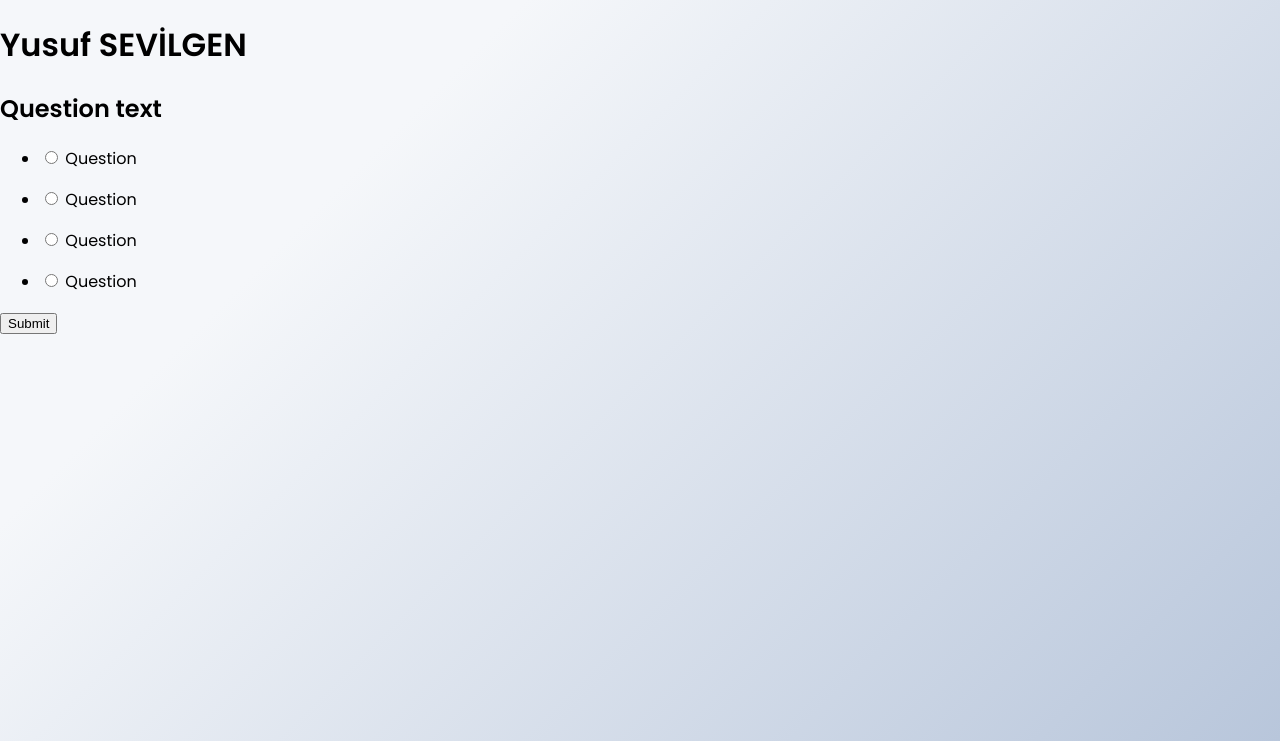
Repository: sevilgenysf/javascript-two
Page: index.html
The author's editor kept a copy of each file at every save. The page is drawn from the files as they stood at one save, then again after the next save.
The browser window is 1280 px wide. The pictures show the whole page.

Above is the page before, as saved 2022-02-24 16:32:19.
Console error: SyntaxError: Unexpected token '{'

After the next save:
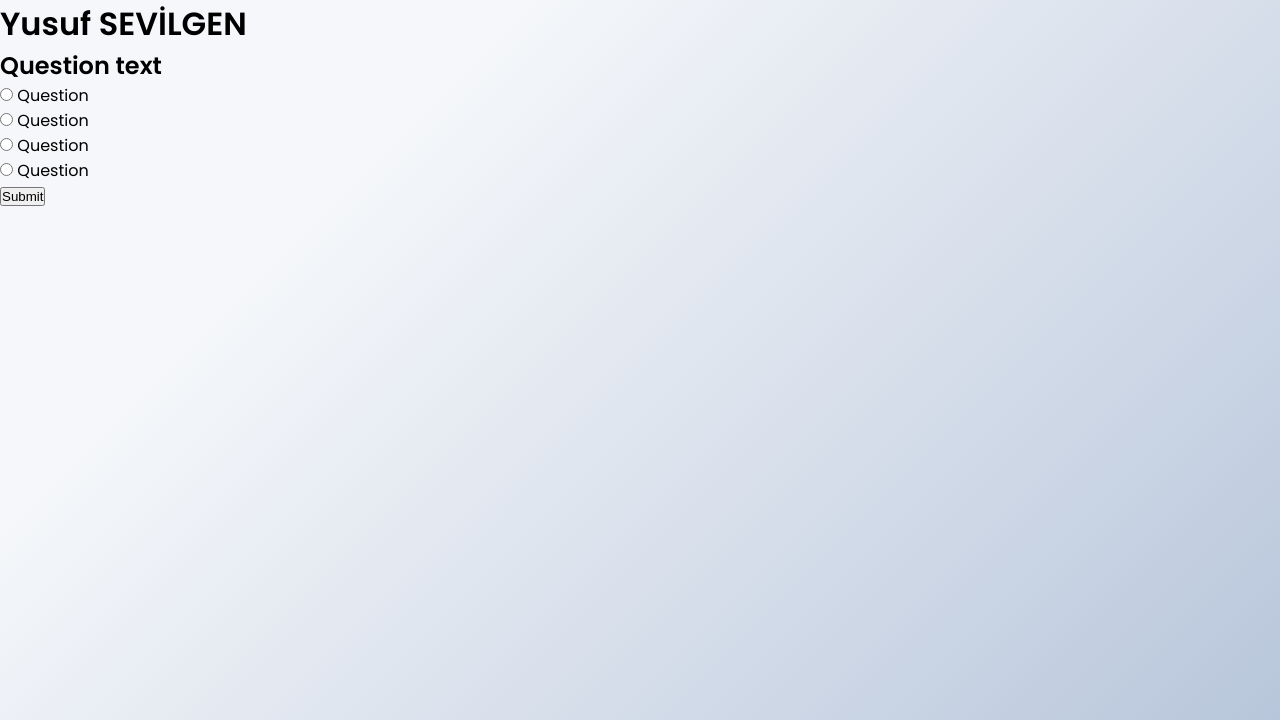
Saved 36 s later.
--- a/style.css
+++ b/style.css
@@ -1,6 +1,8 @@
 @import url('https://fonts.googleapis.com/css2?family=Poppins:wght@400;600&family=Roboto:ital,wght@0,300;0,400;0,700;1,500&display=swap');
 
 * {
+	margin: 0;
+	padding: 0;
 	box-sizing: border-box;
 }
 
@@ -8,7 +10,5 @@ body {
 	background-color: #b8c6db;
 	background-image: linear-gradient(315deg, #b8c6db 0%, #f5f7fa 74%);
 	font-family: 'Poppins', sans-serif;
-	margin: 0;
-	padding: 0;
 	min-height: 100vh;
 }
